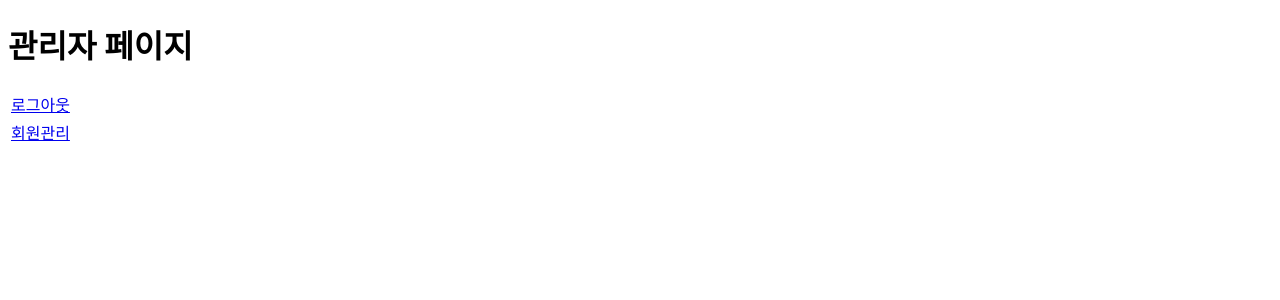
Repository: jjuhye/JSPWorkspace
Page: http://localhost/basic/05_memberLogin/01_11_adminMain.jsp
These files come from the project's save history. The page is drawn as it stood at one moment and after the next save; the edit follows.
The browser window is 1280 px wide. The pictures show the whole page.
The page is served by Tomcat 9.

Above is the page before, as saved 2023-02-22 02:12:05.

After the next save:
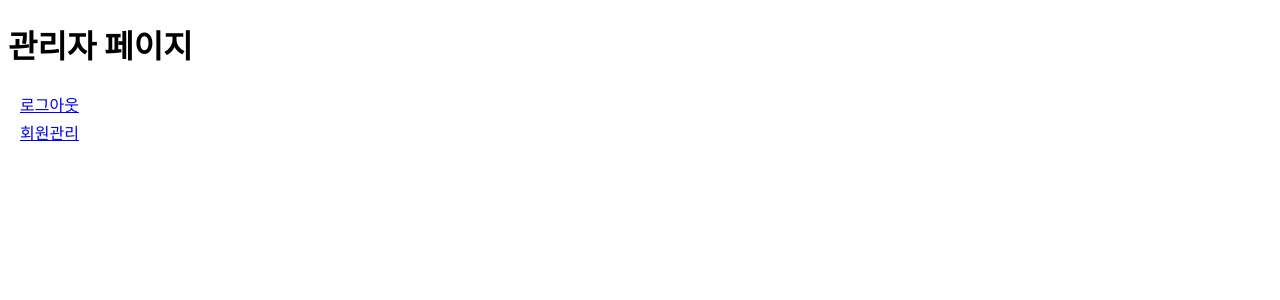
Saved 3 min 33 s later.
--- a/basic/src/main/webapp/05_memberLogin/01_11_adminMain.jsp
+++ b/basic/src/main/webapp/05_memberLogin/01_11_adminMain.jsp
@@ -5,6 +5,7 @@
 <head>
 <meta charset="UTF-8">
 <title>Insert title here</title>
+<link rel="stylesheet" href="./member.css">
 </head>
 <body>
 <h1> 관리자 페이지 </h1>

After the save that followed:
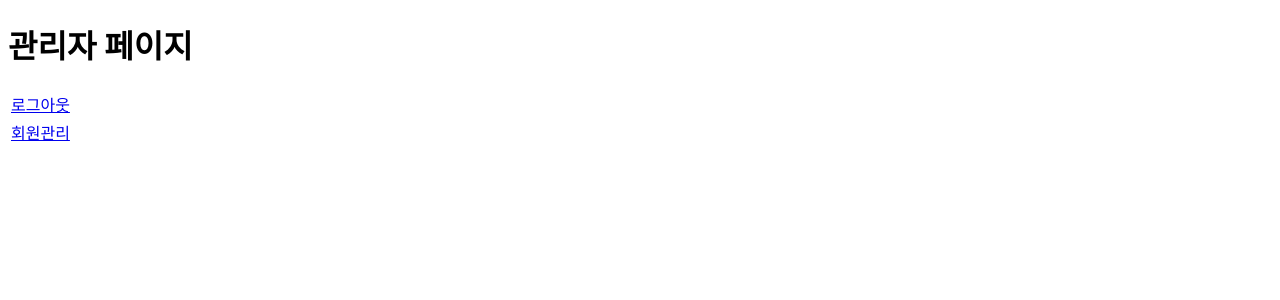
Saved 16 s later.
--- a/basic/src/main/webapp/05_memberLogin/01_11_adminMain.jsp
+++ b/basic/src/main/webapp/05_memberLogin/01_11_adminMain.jsp
@@ -5,7 +5,6 @@
 <head>
 <meta charset="UTF-8">
 <title>Insert title here</title>
-<link rel="stylesheet" href="./member.css">
 </head>
 <body>
 <h1> 관리자 페이지 </h1>
